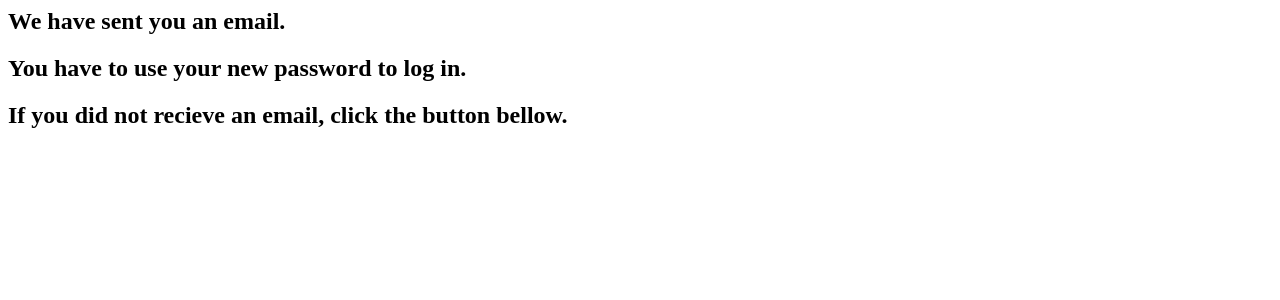
Repository: ciprianchistruga/project
Page: workspace/php/SignUpConfirmation.html
The author's editor kept a record of every edit. The page is drawn from the files as they stood at one moment, then again after the next edit.
The browser window is 1280 px wide. The pictures show the whole page.

Above is the page before.

### workspace/php/SignUpConfirmation.html
<section>
        <div class="col-md-offset-3">

            <h1 class="info-text">We have sent you an email.</h1>
            <h1 class="info-text">You have to use your new password to log in.</h1>
            <h1 class="info-text">If you did not recieve an email, click the button bellow.</h1>

        </div>
</section>

After the next edit:
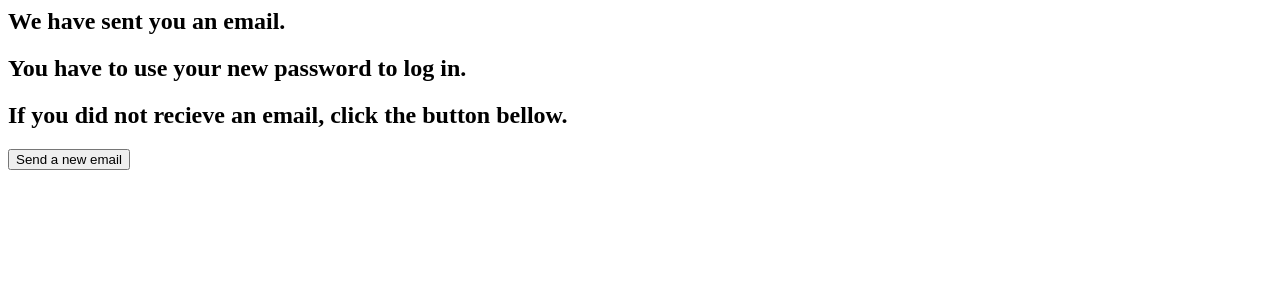
The edit:
--- a/workspace/php/SignUpConfirmation.html
+++ b/workspace/php/SignUpConfirmation.html
@@ -1,9 +1,12 @@
 <section>
         <div class="col-md-offset-3">
 
-            <h1 class="info-text">We have sent you an email.</h1>
-            <h1 class="info-text">You have to use your new password to log in.</h1>
-            <h1 class="info-text">If you did not recieve an email, click the button bellow.</h1>
+            <h1 class="text-info">We have sent you an email.</h1>
+            <h1 class="text-info">You have to use your new password to log in.</h1>
+            <h1 class="text-info">If you did not recieve an email, click the button bellow.</h1>
 
+            <div class="input-group-btn">
+                                    <button class="btn btn-default" type="submit" name="submit">Send a new email</button>
+            </div>
         </div>
 </section>
